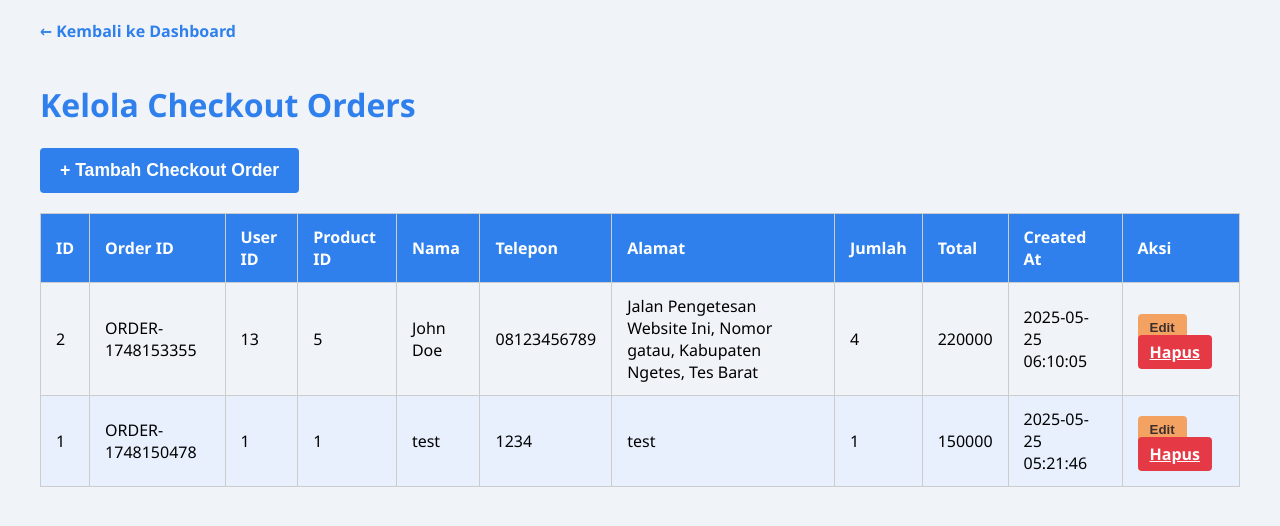
Repository: Senicccc/Shiroo-Pet-Store-Web-App
Page: http://localhost/admin/manage-checkout-orders.php
An editor plug-in stored every save of this project. The page is shown before and after the next save, followed by the edit.
The browser window is 1280 px wide. The pictures show the whole page.
The page is run by PHP 8.4 with error messages shown; the project is at /var/www/html/. The session is filled in as if someone had signed in: {"admin_id": 3}. Other server files are loaded and not shown. The database holds what the project's SQL file puts in it.

Above is the page before, as saved 2025-06-02 21:43:35.

### admin/manage-checkout-orders.php
<?php
session_start();

if (!isset($_SESSION['admin_id'])) {
    header("Location: login.php");
    exit;
}

$koneksi = new mysqli("localhost", "root", "", "shiroo_db");
if ($koneksi->connect_error) {
    die("Koneksi gagal: " . $koneksi->connect_error);
}

// Fungsi untuk cek apakah user_id ada di tabel users
function isValidUser($conn, $user_id) {
    $stmt = $conn->prepare("SELECT id FROM users WHERE id = ?");
    $stmt->bind_param("i", $user_id);
    $stmt->execute();
    $result = $stmt->get_result();
    $exists = $result->num_rows > 0;
    $stmt->close();
    return $exists;
}

// Fungsi untuk cek apakah product_id ada di tabel products
function isValidProduct($conn, $product_id) {
    $stmt = $conn->prepare("SELECT id FROM products WHERE id = ?");
    $stmt->bind_param("i", $product_id);
    $stmt->execute();
    $result = $stmt->get_result();
    $exists = $result->num_rows > 0;
    $stmt->close();
    return $exists;
}

// Tambah data
if (isset($_POST['add_order'])) {
    $order_id = trim($_POST['order_id']);
    $user_id = intval($_POST['user_id']);
    $product_id = intval($_POST['product_id']);
    $nama = trim($_POST['nama']);
    $telepon = trim($_POST['telepon']);
    $alamat = trim($_POST['alamat']);
    $jumlah = intval($_POST['jumlah']);
    $total = intval($_POST['total']);

    if ($order_id && $user_id && $product_id && $nama && $telepon && $alamat && $jumlah > 0 && $total > 0) {
        if (!isValidUser($koneksi, $user_id)) {
            $error = "User ID tidak valid.";
        } elseif (!isValidProduct($koneksi, $product_id)) {
            $error = "Product ID tidak valid.";
        } else {
            $stmt = $koneksi->prepare("INSERT INTO checkout_orders (order_id, user_id, product_id, nama, telepon, alamat, jumlah, total) VALUES (?, ?, ?, ?, ?, ?, ?, ?)");
            $stmt->bind_param("siisssii", $order_id, $user_id, $product_id, $nama, $telepon, $alamat, $jumlah, $total);
            if ($stmt->execute()) {
                $stmt->close();
                header("Location: manage-checkout-orders.php");
                exit;
            } else {
                $error = "Gagal menambah data: " . $stmt->error;
            }
        }
    } else {
        $error = "Semua field harus diisi dengan benar!";
    }
}

// Edit data
if (isset($_POST['edit_order'])) {
    $id = intval($_POST['id']);
    $order_id = trim($_POST['order_id']);
    $user_id = intval($_POST['user_id']);
    $product_id = intval($_POST['product_id']);
    $nama = trim($_POST['nama']);
    $telepon = trim($_POST['telepon']);
    $alamat = trim($_POST['alamat']);
    $jumlah = intval($_POST['jumlah']);
    $total = intval($_POST['total']);

    if ($id && $order_id && $user_id && $product_id && $nama && $telepon && $alamat && $jumlah > 0 && $total > 0) {
        if (!isValidUser($koneksi, $user_id)) {
            $error = "User ID tidak valid.";
        } elseif (!isValidProduct($koneksi, $product_id)) {
            $error = "Product ID tidak valid.";
        } else {
            $stmt = $koneksi->prepare("UPDATE checkout_orders SET order_id=?, user_id=?, product_id=?, nama=?, telepon=?, alamat=?, jumlah=?, total=? WHERE id=?");
            $stmt->bind_param("siisssiii", $order_id, $user_id, $product_id, $nama, $telepon, $alamat, $jumlah, $total, $id);
            if ($stmt->execute()) {
                $stmt->close();
                header("Location: manage-checkout-orders.php");
                exit;
            } else {
                $error = "Gagal mengubah data: " . $stmt->error;
            }
        }
    } else {
        $error = "Semua field harus diisi dengan benar!";
    }
}

// Hapus data
if (isset($_GET['delete'])) {
    $id = intval($_GET['delete']);
    $stmt = $koneksi->prepare("DELETE FROM checkout_orders WHERE id = ?");
    $stmt->bind_param("i", $id);
    $stmt->execute();
    $stmt->close();

    header("Location: manage-checkout-orders.php");
    exit;
}

// Ambil data checkout_orders
$result = $koneksi->query("SELECT * FROM checkout_orders ORDER BY created_at DESC");
$orders = $result->fetch_all(MYSQLI_ASSOC);
?>

<!DOCTYPE html>
<html lang="id">

<head>
    <meta charset="UTF-8" />
    <meta name="viewport" content="width=device-width, initial-scale=1" />
    <title>Kelola Checkout Orders - Shiroo Pet Store</title>
    <link rel="stylesheet" href="css/manage-checkout-orders.css" />
</head>

<body>

    <a href="dashboard.php" class="back-link">← Kembali ke Dashboard</a>

    <h1>Kelola Checkout Orders</h1>

    <?php if (!empty($error)) : ?>
    <div class="error"><?= htmlspecialchars($error) ?></div>
    <?php endif; ?>

    <button class="btn btn-add" id="openAddModalBtn">+ Tambah Checkout Order</button>

    <table>
        <thead>
            <tr>
                <th>ID</th>
                <th>Order ID</th>
                <th>User ID</th>
                <th>Product ID</th>
                <th>Nama</th>
                <th>Telepon</th>
                <th>Alamat</th>
                <th>Jumlah</th>
                <th>Total</th>
                <th>Created At</th>
                <th>Aksi</th>
            </tr>
        </thead>
        <tbody>
            <?php if ($orders): ?>
            <?php foreach ($orders as $order): ?>
            <tr>
                <td><?= $order['id'] ?></td>
                <td><?= htmlspecialchars($order['order_id']) ?></td>
                <td><?= $order['user_id'] ?></td>
                <td><?= $order['product_id'] ?></td>
                <td><?= htmlspecialchars($order['nama']) ?></td>
                <td><?= htmlspecialchars($order['telepon']) ?></td>
                <td><?= nl2br(htmlspecialchars($order['alamat'])) ?></td>
                <td><?= $order['jumlah'] ?></td>
                <td><?= $order['total'] ?></td>
                <td><?= $order['created_at'] ?></td>
                <td>
                    <button class="btn btn-edit" onclick="openEditModal(
                                        <?= $order['id'] ?>,
                                        '<?= htmlspecialchars(addslashes($order['order_id'])) ?>',
                                        <?= $order['user_id'] ?>,
                                        <?= $order['product_id'] ?>,
                                        '<?= htmlspecialchars(addslashes($order['nama'])) ?>',
                                        '<?= htmlspecialchars(addslashes($order['telepon'])) ?>',
                                        '<?= htmlspecialchars(addslashes($order['alamat'])) ?>',
                                        <?= $order['jumlah'] ?>,
                                        <?= $order['total'] ?>
                                    )">Edit</button>
                    <a href="manage-checkout-orders.php?delete=<?= $order['id'] ?>"
                        onclick="return confirm('Yakin hapus order ini?')" class="btn-delete">Hapus</a>
                </td>
            </tr>
            <?php endforeach; ?>
            <?php else: ?>
            <tr>
                <td colspan="11" style="text-align:center;">Belum ada data checkout order.</td>
            </tr>
            <?php endif; ?>
        </tbody>
    </table>

    <!-- Modal Tambah -->
    <div id="addModal" class="modal">
        <div class="modal-content">
            <span class="close" id="closeAddModal">&times;</span>
            <h2>Tambah Checkout Order Baru</h2>
            <form method="post" action="manage-checkout-orders.php" autocomplete="off">
                <label for="add_order_id">Order ID</label>
                <input type="text" name="order_id" id="add_order_id" required />

                <label for="add_user_id">User ID</label>
                <input type="number" name="user_id" id="add_user_id" required />

                <label for="add_product_id">Product ID</label>
                <input type="number" name="product_id" id="add_product_id" required />

                <label for="add_nama">Nama</label>
                <input type="text" name="nama" id="add_nama" required />

                <label for="add_telepon">Telepon</label>
                <input type="text" name="telepon" id="add_telepon" required />

                <label for="add_alamat">Alamat</label>
                <textarea name="alamat" id="add_alamat" rows="3" required></textarea>

                <label for="add_jumlah">Jumlah</label>
                <input type="number" name="jumlah" id="add_jumlah" min="1" required />

                <label for="add_total">Total</label>
                <input type="number" name="total" id="add_total" min="1" required />

                <button type="submit" name="add_order">Tambah Checkout Order</button>
            </form>
        </div>
    </div>

    <!-- Modal Edit -->
    <div id="editModal" class="modal">
        <div class="modal-content">
            <span class="close" id="closeEditModal">&times;</span>
            <h2>Edit Checkout Order</h2>
            <form method="post" action="manage-checkout-orders.php" autocomplete="off">
                <input type="hidden" name="id" id="edit_id" />

                <label for="edit_order_id">Order ID</label>
                <input type="text" name="order_id" id="edit_order_id" required />

                <label for="edit_user_id">User ID</label>
                <input type="number" name="user_id" id="edit_user_id" required />

                <label for="edit_product_id">Product ID</label>
                <input type="number" name="product_id" id="edit_product_id" required />

                <label for="edit_nama">Nama</label>
                <input type="text" name="nama" id="edit_nama" required />

                <label for="edit_telepon">Telepon</label>
                <input type="text" name="telepon" id="edit_telepon" required />

                <label for="edit_alamat">Alamat</label>
                <textarea name="alamat" id="edit_alamat" rows="3" required></textarea>

                <label for="edit_jumlah">Jumlah</label>
                <input type="number" name="jumlah" id="edit_jumlah" min="1" required />

                <label for="edit_total">Total</label>
                <input type="number" name="total" id="edit_total" min="1" required />

                <button type="submit" name="edit_order">Simpan Perubahan</button>
            </form>
        </div>
    </div>

    <script>
    // Modal control
    const addModal = document.getElementById('addModal');
    const editModal = document.getElementById('editModal');
    const openAddModalBtn = document.getElementById('openAddModalBtn');
    const closeAddModal = document.getElementById('closeAddModal');
    const closeEditModal = document.getElementById('closeEditModal');

    openAddModalBtn.onclick = () => {
        addModal.style.display = 'block';
    }
    closeAddModal.onclick = () => {
        addModal.style.display = 'none';
    }
    closeEditModal.onclick = () => {
        editModal.style.display = 'none';
    }

    window.onclick = function(event) {
        if (event.target == addModal) {
            addModal.style.display = "none";
        }
        if (event.target == editModal) {
            editModal.style.display = "none";
        }
    }

    // Isi modal edit dengan data order yang dipilih
    function openEditModal(id, order_id, user_id, product_id, nama, telepon, alamat, jumlah, total) {
        editModal.style.display = 'block';

        document.getElementById('edit_id').value = id;
        document.getElementById('edit_order_id').value = order_id;
        document.getElementById('edit_user_id').value = user_id;
        document.getElementById('edit_product_id').value = product_id;
        document.getElementById('edit_nama').value = nama;
        document.getElementById('edit_telepon').value = telepon;
        document.getElementById('edit_alamat').value = alamat;
        document.getElementById('edit_jumlah').value = jumlah;
        document.getElementById('edit_total').value = total;
    }
    </script>

</body>

</html>

### admin/css/manage-checkout-orders.css
/* General Styles */
body {
  font-family: "Segoe UI", Tahoma, Geneva, Verdana, sans-serif;
  background: #f0f4f8;
  margin: 0;
  padding: 20px 40px;
}

h1,
h2 {
  color: #2f80ed;
}

a.back-link {
  display: inline-block;
  margin-bottom: 20px;
  color: #2f80ed;
  text-decoration: none;
  font-weight: bold;
}

a.back-link:hover {
  text-decoration: underline;
}

/* Table Styles */
table {
  border-collapse: collapse;
  width: 100%;
  margin-bottom: 30px;
  overflow-x: auto;
}

th,
td {
  padding: 12px 15px;
  border: 1px solid #ccc;
  text-align: left;
}

th {
  background-color: #2f80ed;
  color: white;
}

tr:nth-child(even) {
  background-color: #e8f0fe;
}

/* Buttons */
button,
.btn-delete,
.btn-edit {
  cursor: pointer;
  border-radius: 4px;
  font-weight: 600;
  padding: 6px 12px;
  border: none;
  transition: background-color 0.3s ease;
}

.btn-delete {
  background-color: #e63946;
  color: white;
}

.btn-delete:hover {
  background-color: #b3212a;
}

.btn-edit {
  background-color: #f4a261;
  color: #3b2f2f;
}

.btn-edit:hover {
  background-color: #d98b40;
}

.btn-add {
  background-color: #2f80ed;
  color: white;
  font-size: 1.1rem;
  margin-bottom: 20px;
  padding: 12px 20px;
}

.btn-add:hover {
  background-color: #1c5cc2;
}

/* Modal Styles */
.modal {
  display: none;
  position: fixed;
  z-index: 100;
  padding-top: 10px;
  left: 0;
  top: 0;
  width: 100%;
  height: 100%;
  overflow: auto;
  background-color: rgb(0 0 0 / 0.5);
}

.modal-content {
  background-color: #fff;
  margin: auto;
  padding: 20px 30px;
  border-radius: 10px;
  box-shadow: 0 6px 15px rgb(0 0 0 / 0.2);
  max-width: 400px;
  position: relative;
  max-height: 90vh;
  overflow-y: auto;
}

.close {
  color: #aaa;
  float: right;
  font-size: 28px;
  font-weight: bold;
  position: absolute;
  top: 10px;
  right: 20px;
  cursor: pointer;
  user-select: none;
}

.close:hover,
.close:focus {
  color: #000;
}

/* Form Styles */
form label {
  display: block;
  margin-bottom: 8px;
  font-weight: 600;
  color: #2f80ed;
}

form input,
form textarea {
  width: 94%;
  padding: 10px 12px;
  margin-bottom: 15px;
  border: 1px solid #ccc;
  border-radius: 6px;
  font-size: 1rem;
  resize: vertical;
}

form button[type="submit"] {
  background-color: #2f80ed;
  border: none;
  color: white;
  padding: 12px 20px;
  font-weight: 600;
  cursor: pointer;
  border-radius: 6px;
  width: 100%;
  transition: background-color 0.3s ease;
}

form button[type="submit"]:hover {
  background-color: #1c5cc2;
}

/* Error Message */
.error {
  color: #e63946;
  font-weight: 600;
  margin-bottom: 15px;
}

/* Responsive Design */
@media (max-width: 768px) {
  body {
    padding: 20px;
  }

  table,
  thead,
  tbody,
  th,
  td,
  tr {
    display: block;
  }

  thead tr {
    display: none;
  }

  tr {
    margin-bottom: 15px;
    border: 1px solid #ccc;
    border-radius: 6px;
    background-color: #fff;
    padding: 10px;
  }

  td {
    position: relative;
    padding-left: 50%;
    text-align: left;
    border: none;
    border-bottom: 1px solid #eee;
  }

  td::before {
    position: absolute;
    top: 10px;
    left: 15px;
    width: 45%;
    padding-right: 10px;
    white-space: nowrap;
    font-weight: bold;
    color: #2f80ed;
    content: attr(data-label);
  }

  .btn-add {
    width: 100%;
  }
}

@media (max-width: 480px) {
  .modal-content {
    width: 90%;
    padding: 20px;
  }

  form input,
  form textarea {
    width: 100%;
  }

  .btn-edit,
  .btn-delete {
    display: block;
    margin: 5px 0;
    width: 100%;
  }
}

### database/shiroo_db.sql (the tables this page reads)
CREATE TABLE `checkout_orders` (
  `id` int(11) NOT NULL,
  `order_id` varchar(50) NOT NULL,
  `user_id` int(11) NOT NULL,
  `product_id` int(11) NOT NULL,
  `nama` varchar(255) NOT NULL,
  `telepon` varchar(20) NOT NULL,
  `alamat` text NOT NULL,
  `jumlah` int(11) NOT NULL,
  `total` int(11) NOT NULL,
  `created_at` timestamp NOT NULL DEFAULT current_timestamp()
) ENGINE=InnoDB DEFAULT CHARSET=utf8mb4 COLLATE=utf8mb4_general_ci;

INSERT INTO `checkout_orders` (`id`, `order_id`, `user_id`, `product_id`, `nama`, `telepon`, `alamat`, `jumlah`, `total`, `created_at`) VALUES
(1, 'ORDER-1748150478', 1, 1, 'test', '1234', 'test', 1, 150000, '2025-05-25 05:21:46'),
(2, 'ORDER-1748153355', 13, 5, 'John Doe', '08123456789', 'Jalan Pengetesan Website Ini, Nomor gatau, Kabupaten Ngetes, Tes Barat', 4, 220000, '2025-05-25 06:10:05');

ALTER TABLE `checkout_orders`
  ADD PRIMARY KEY (`id`),
  ADD UNIQUE KEY `order_id` (`order_id`),
  ADD KEY `fk_user` (`user_id`),
  ADD KEY `fk_product` (`product_id`);

ALTER TABLE `checkout_orders`
  MODIFY `id` int(11) NOT NULL AUTO_INCREMENT, AUTO_INCREMENT=3;

ALTER TABLE `checkout_orders`
  ADD CONSTRAINT `fk_product` FOREIGN KEY (`product_id`) REFERENCES `products` (`id`) ON DELETE CASCADE,
  ADD CONSTRAINT `fk_user` FOREIGN KEY (`user_id`) REFERENCES `users` (`id`) ON DELETE CASCADE;

After the next save:
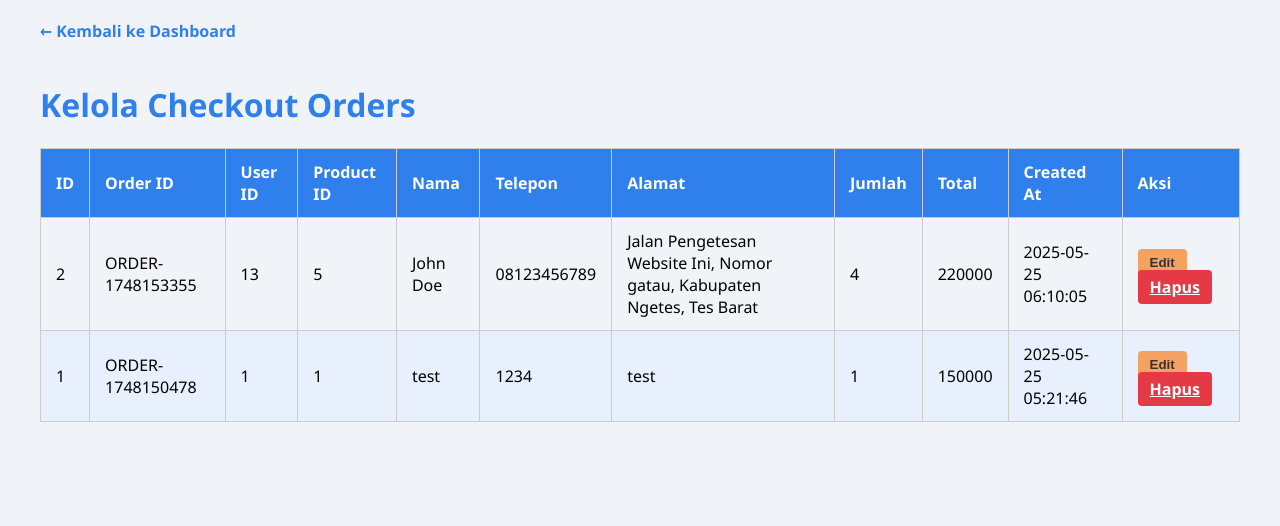
Console error: TypeError: Cannot set properties of null (setting 'onclick')
Saved 14 s later.
--- a/admin/manage-checkout-orders.php
+++ b/admin/manage-checkout-orders.php
@@ -135,7 +135,7 @@ $orders = $result->fetch_all(MYSQLI_ASSOC);
     <div class="error"><?= htmlspecialchars($error) ?></div>
     <?php endif; ?>
 
-    <button class="btn btn-add" id="openAddModalBtn">+ Tambah Checkout Order</button>
+    <!-- <button class="btn btn-add" id="openAddModalBtn">+ Tambah Checkout Order</button> -->
 
     <table>
         <thead>
